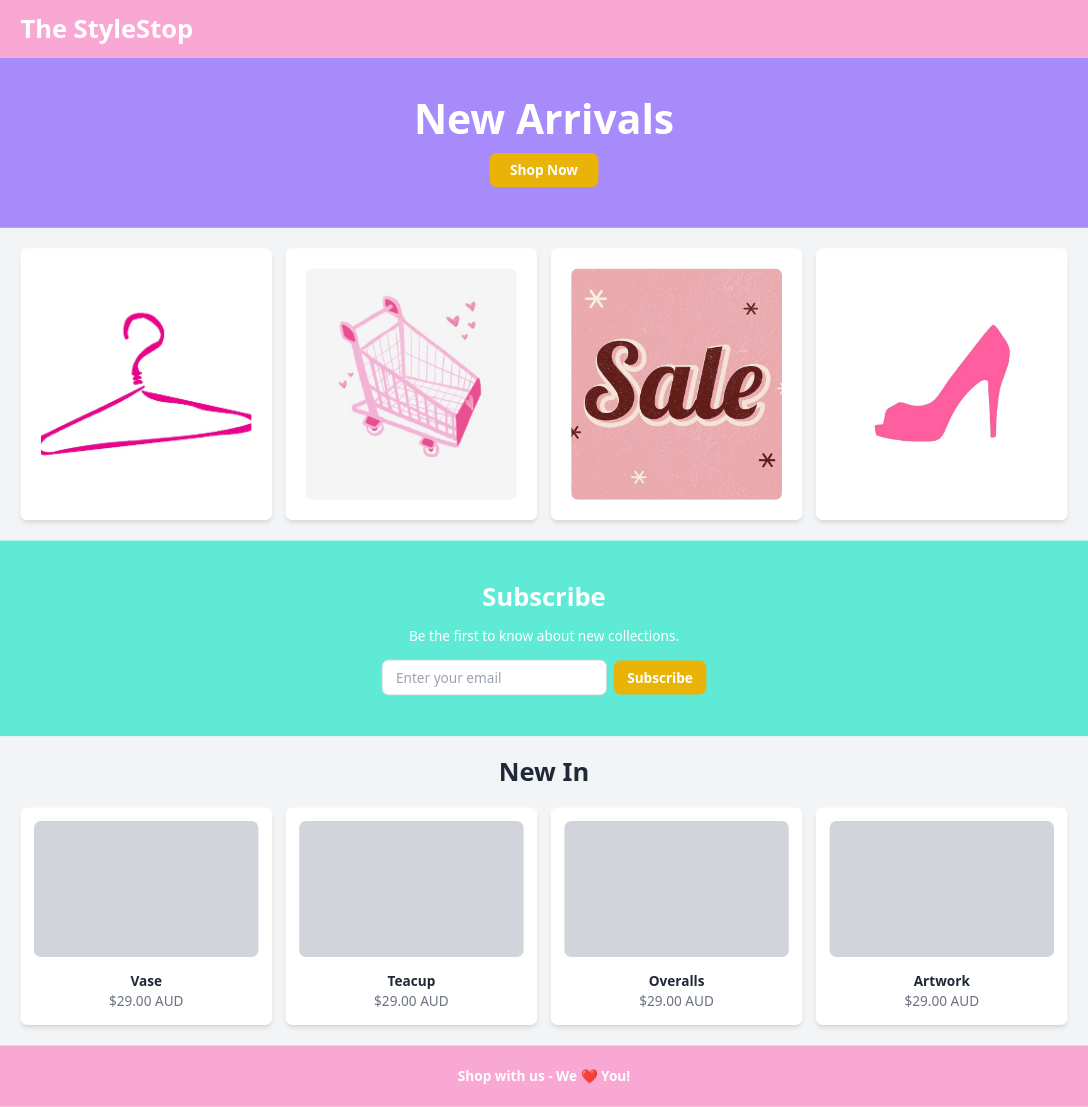
Repository: prathyushaa5/BuyYours
Page: / (app in Frontend/)
An editor plug-in stored every save of this project. The page is shown before and after the next save, followed by the edit.
The browser window is 1280 px wide. The pictures show the whole page, at 85% of full size.
The project was rebuilt for these pictures with package versions that can differ from the ones it lists, and the page was loaded fresh each time. Also part of the build but not shown: Frontend/vite.config.js, Frontend/src/components/Login.jsx, Frontend/src/components/Signup.jsx, Frontend/src/components/Home.jsx.

Above is the page before, as saved 2025-02-13 17:42:12.

After the next save:
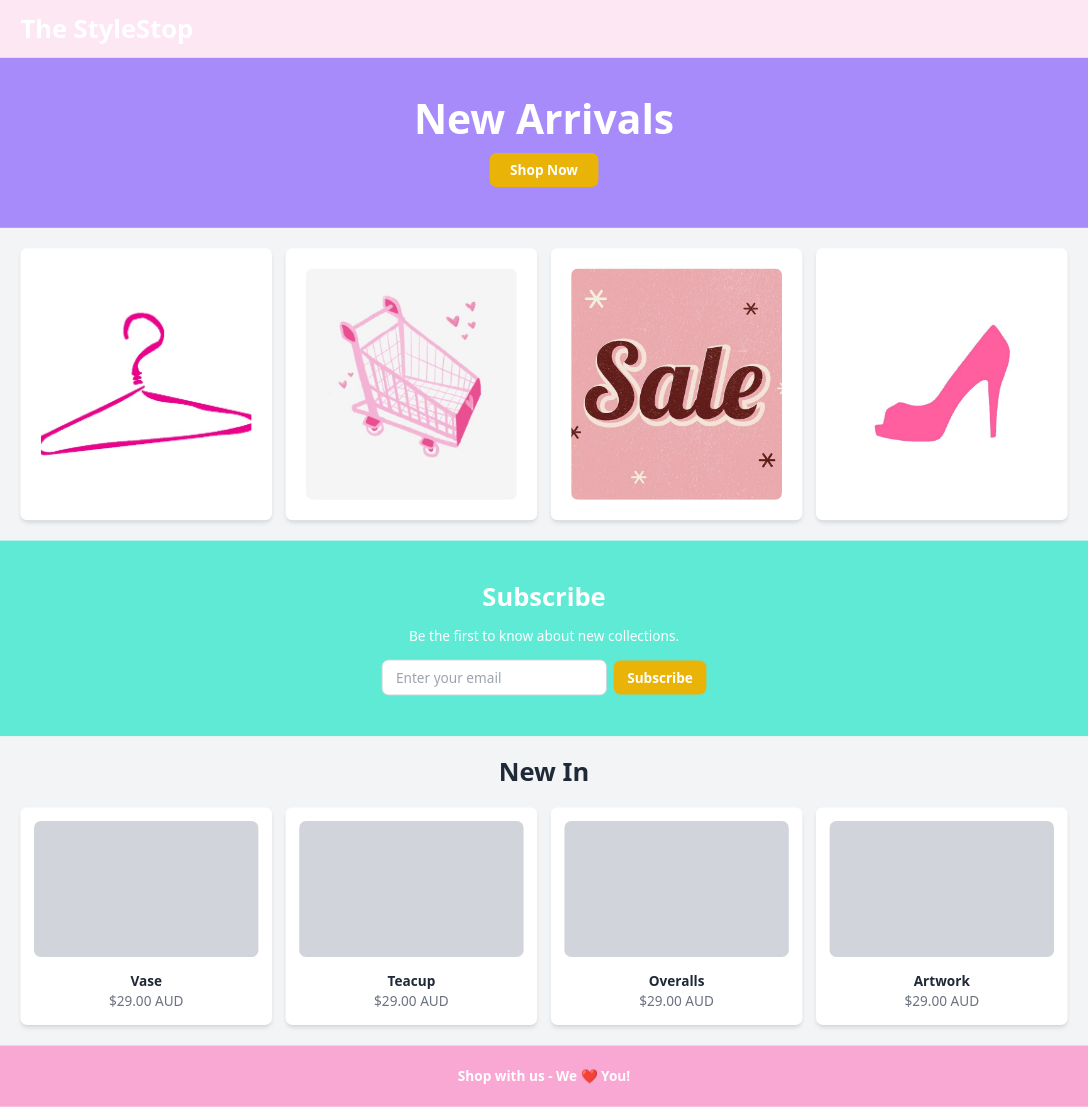
Saved 17 s later.
--- a/Frontend/src/components/Main.jsx
+++ b/Frontend/src/components/Main.jsx
@@ -8,7 +8,7 @@ export default function MainPage() {
   return (
     <div className="bg-gray-100 min-h-screen text-gray-800">
       {/* Navbar */}
-      <nav className="bg-pink-300 py-4 px-6 flex justify-between items-center">
+      <nav className="bg-pink-100 py-4 px-6 flex justify-between items-center">
         <h1 className="text-3xl font-bold text-white">The StyleStop</h1>
       </nav>
 
